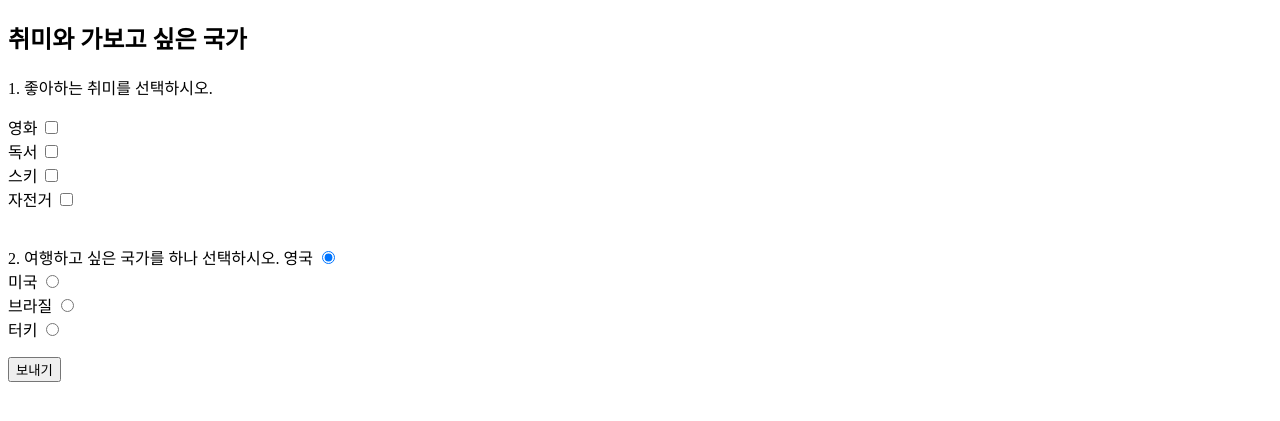
Repository: JuHyeon-S/21-1-Web-Back-end_Programming
Page: http://localhost/week07/request3.jsp
The author's editor kept a copy of each file at every save. The page is drawn from the files as they stood at one save, then again after a run of saves.
The browser window is 1280 px wide. The pictures show the whole page.
The page is served by Tomcat 9.

Above is the page before, as saved 2021-04-18 21:34:58.

After the next 2 saves:
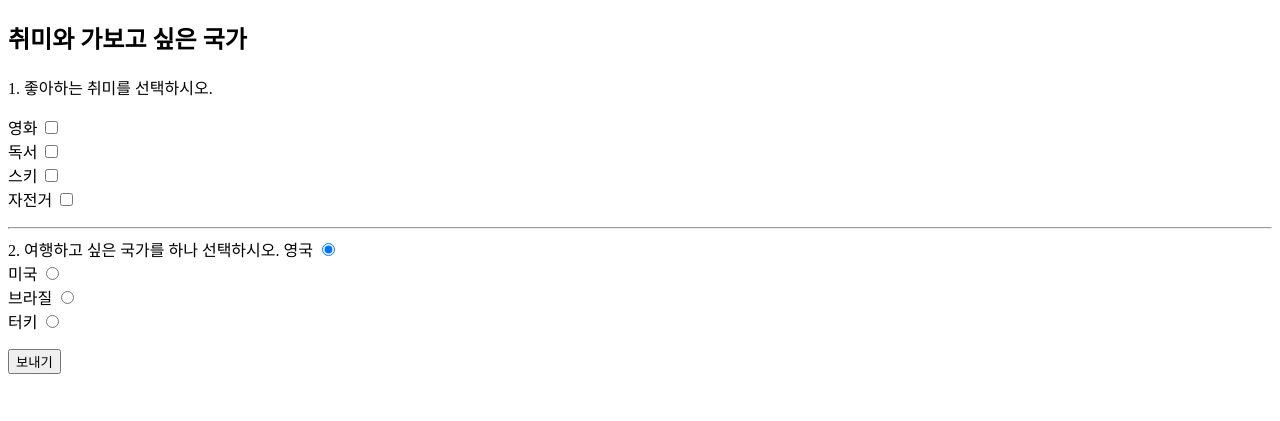
The 2 saves are shown as one change because they came seconds apart.
The last was saved 13 s later.
--- a/week07/week07/src/main/webapp/request3.jsp
+++ b/week07/week07/src/main/webapp/request3.jsp
@@ -13,7 +13,7 @@
 		영화 <input type="checkbox" name="hobby" value="영화"><br>
 		독서 <input type="checkbox" name="hobby" value="독서"><br>
 		스키 <input type="checkbox" name="hobby" value="스키"><br>
-		자전거 <input type="checkbox" name="hobby" value="자전거"><p><br>
+		자전거 <input type="checkbox" name="hobby" value="자전거"><p><hr>
 
 		2. 여행하고 싶은 국가를 하나 선택하시오.
 		영국 <input type="radio" name="country" value="영국" checked><br>
